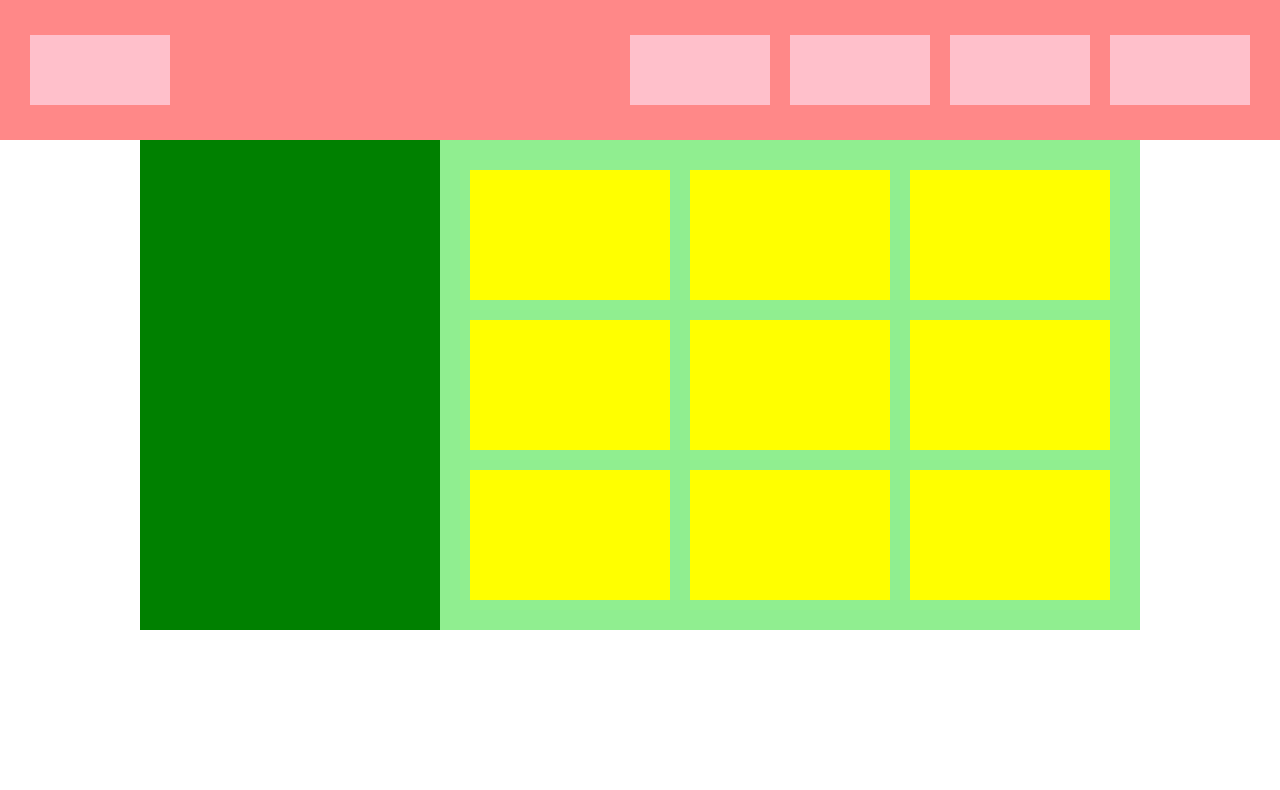
Repository: ryo32sun/Html-Practice
Page: practice/flex-box.html
The author's editor kept a record of every edit. The page is drawn from the files as they stood at one moment, then again after the next edit.
The browser window is 1280 px wide. The pictures show the whole page.

Above is the page before.

After the next edit:
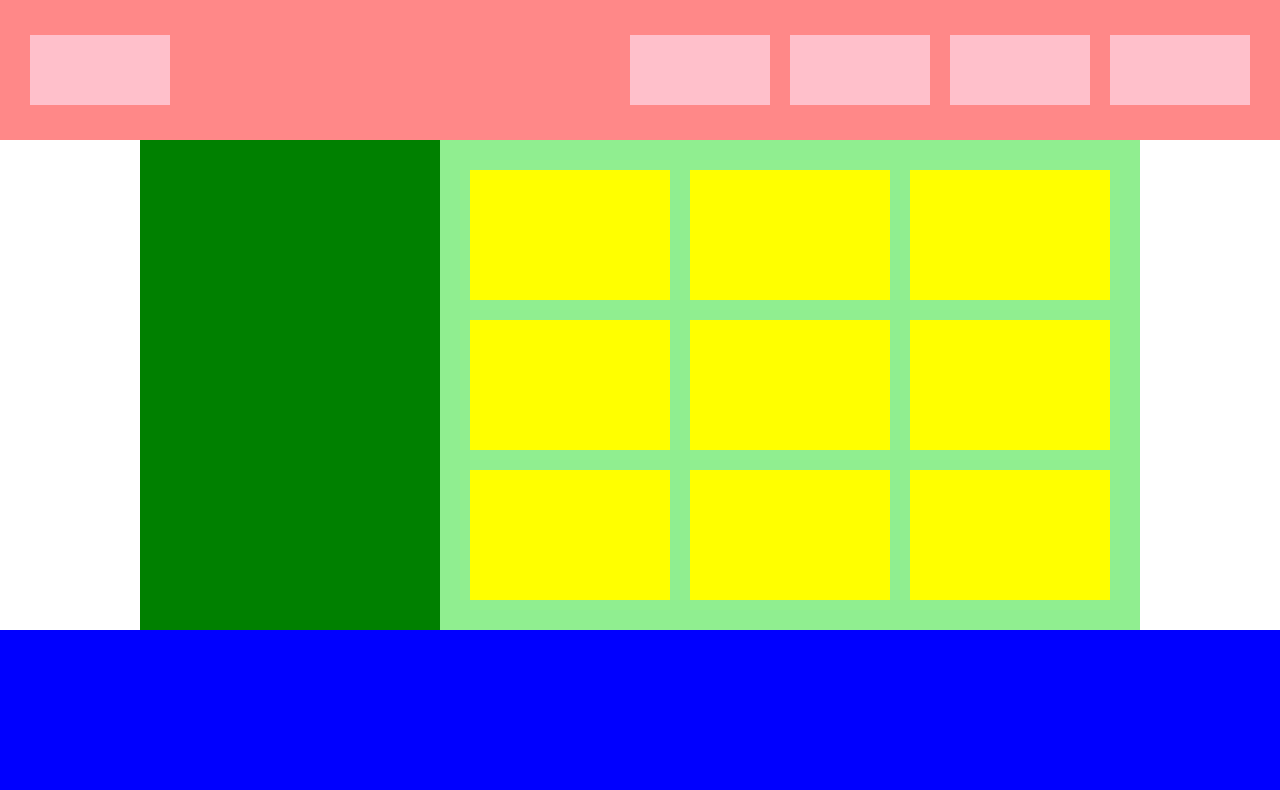
The edit:
--- a/practice/flex-box.css
+++ b/practice/flex-box.css
@@ -56,6 +56,7 @@
   padding: 20px;
   display: flex;
   flex-wrap:wrap;
+  background-color: blue;
 }
 
 .footer {
